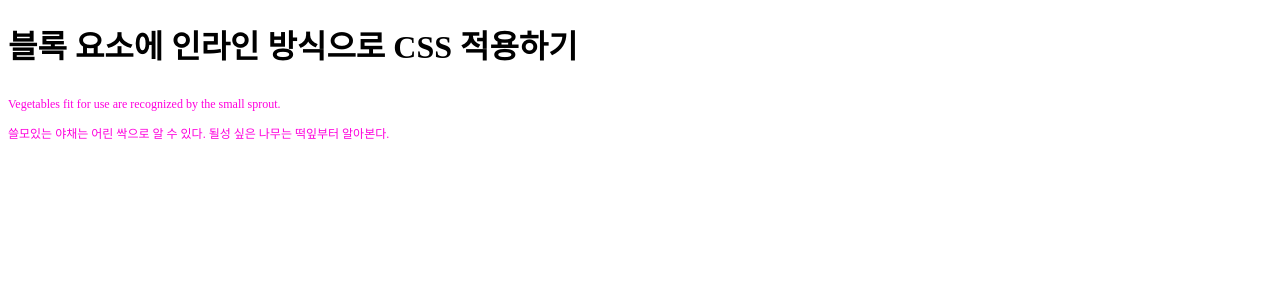
Repository: song-bean/Web_song
Page: 02_CSS/src/main/webapp/chapter01/Ex01.html
An editor plug-in stored every save of this project. The page is shown before and after the next save, followed by the edit.
The browser window is 1280 px wide. The pictures show the whole page.

Above is the page before, as saved 2023-02-22 07:10:09.

### 02_CSS/src/main/webapp/chapter01/Ex01.html
<!DOCTYPE html>
<html>
<head>
<meta charset="UTF-8">
<title>Ex01</title>
</head>
<body>
	<h1>블록 요소에 인라인 방식으로 CSS 적용하기</h1>
	<!-- 인라인 스타일로 p 요소에 CSS를 적용합니다. -->
	<p style="font-size:12px; color:#ff00dd; line-height:250%;">
		Vegetables fit for use are recognized by the small sprout.<br />
		쓸모있는 야채는 어린 싹으로 알 수 있다. 될성 싶은 나무는 떡잎부터 알아본다.
	</p>



</body>
</html>

After the next save:
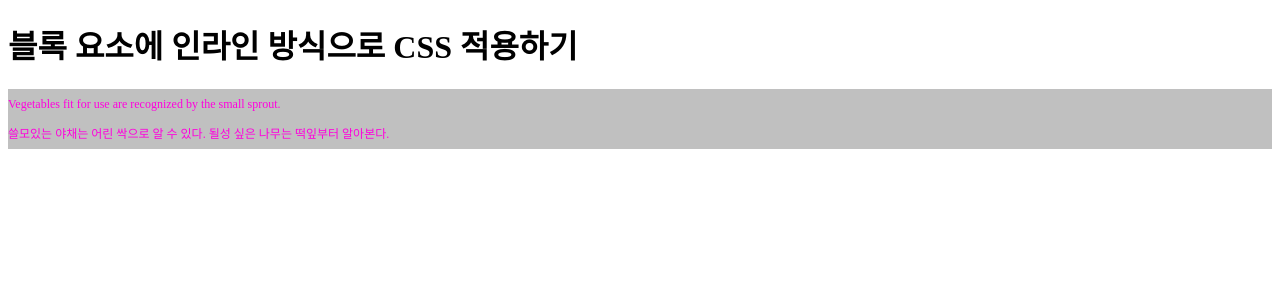
Saved 42 s later.
--- a/02_CSS/src/main/webapp/chapter01/Ex01.html
+++ b/02_CSS/src/main/webapp/chapter01/Ex01.html
@@ -7,7 +7,7 @@
 <body>
 	<h1>블록 요소에 인라인 방식으로 CSS 적용하기</h1>
 	<!-- 인라인 스타일로 p 요소에 CSS를 적용합니다. -->
-	<p style="font-size:12px; color:#ff00dd; line-height:250%;">
+	<p style="font-size:12px; color:#ff00dd; line-height:250%; background-color:silver;">
 		Vegetables fit for use are recognized by the small sprout.<br />
 		쓸모있는 야채는 어린 싹으로 알 수 있다. 될성 싶은 나무는 떡잎부터 알아본다.
 	</p>
